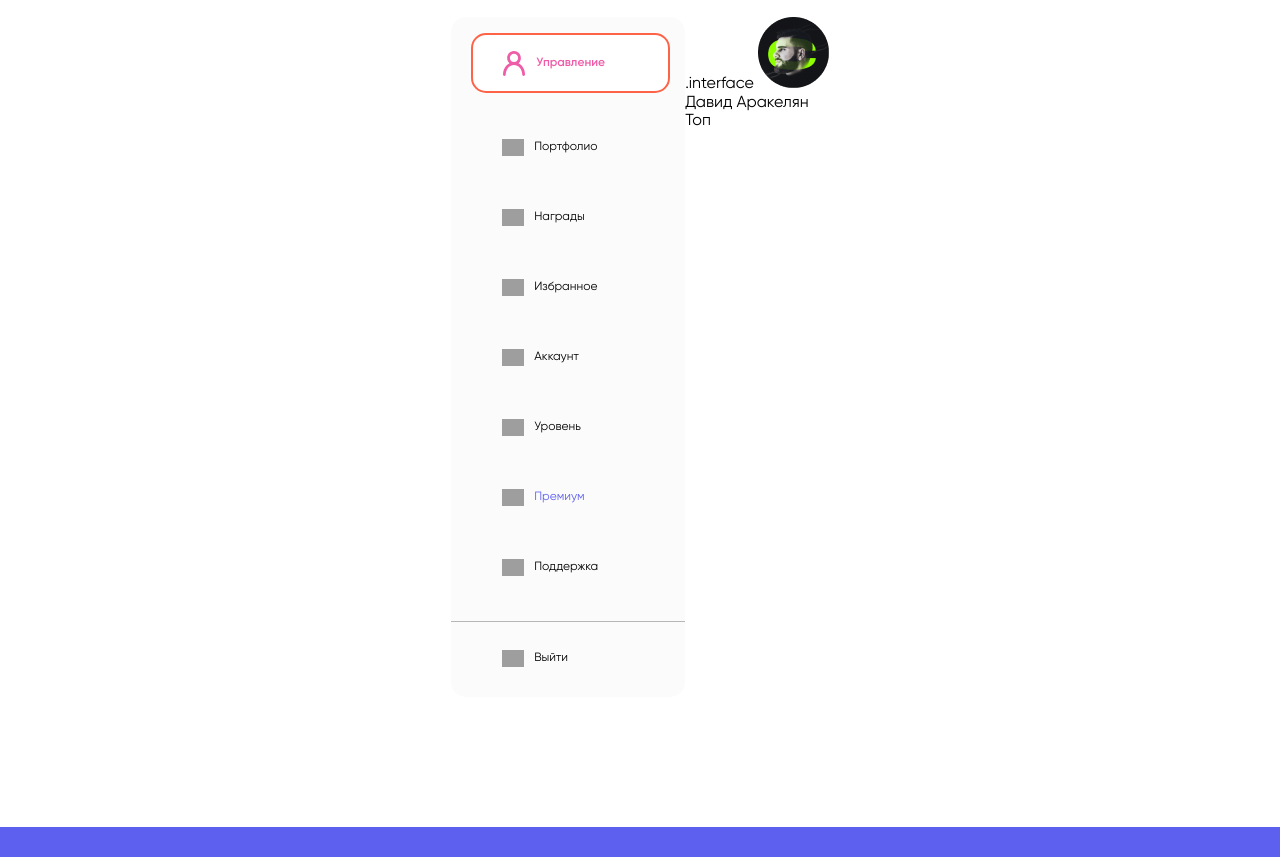
Repository: alexboagreek/selfmade
Page: index.html
The author's editor kept a copy of each file at every save. The page is drawn from the files as they stood at one save, then again after a run of saves.
The browser window is 1280 px wide. The pictures show the part of the page from y = 353 to 1210 px (the page is 1719 px tall).
Pictures or frames that could not be fetched are drawn as grey boxes. A picture or video elsewhere on the page could not be fetched, so the positions and the page height are approximate.

Above is the page before, as saved 2022-12-13 12:13:34.

### index.html
<!DOCTYPE html>
<html lang="ru">
<head>
    <meta charset="UTF-8">
    <meta http-equiv="X-UA-Compatible" content="IE=edge">
    <meta name="viewport" content="width=device-width, initial-scale=1.0">
    <link rel="stylesheet" href="css/style.css">
    <link rel="icon" type="image/png" sizes="64x64" href="assets/icons/favicon.png">
    <link rel="icon" type="image/png" sizes="48x48" href="assets/icons/favicon_48.png">
    <title>Selfmade</title>
</head>
<body>
    <header class="header">
        <div class="header__container">
            <h1 class="visually-hidden">Selfmade...</h1>
            <div class="header__box">
                <div class="header__logo">
                    <a href="/"><img src="./assets/icons/header_logo.svg" alt="Логотип Selfmade"></a>
                </div>
                <div class="header__login">
                    <div class="header__alarm">
                        <img class="header__alarm_icon" src="assets/icons/bell.svg" alt="authorization bell">
                    </div>
                    <p class="user__name">Аракелян Д.</p>
                    <div class="user__login">
                        <img src="assets/icons/user_icon.svg" alt="user icon">
                    </div>
                </div>

            </div>

        </div>
    </header>

    <main class="main main__container">
        <div class="sidebar">
            <ul class="menu__list">
                <li class="menu__list_item menu__list_item_fix">
                    <button class="menu__list_button menu__button_control control__text">Управление</button>
                </li>
                <li class="menu__list_item list_item_fix">
                    <button class="menu__list_button menu__button_portfolio">Портфолио</button>
                </li>
                <li class="menu__list_item list_item_fix">
                    <button class="menu__list_button menu__button_star">Награды</button>
                </li>
                <li class="menu__list_item list_item_fix">
                    <button class="menu__list_button menu__button_like">Избранное</button>
                </li>
                <li class="menu__list_item list_item_fix">
                    <button class="menu__list_button menu__button_settings">Аккаунт</button>
                </li>
                <li class="menu__list_item list_item_fix">
                    <button class="menu__list_button menu__button_level">Уровень</button>
                </li>
                <li class="menu__list_item list_item_fix">
                    <button class="menu__list_button menu__button_premium menu__button_active">Премиум</button>
                </li>
                <li class="menu__list_item item__border list_item_fix">
                    <button class="menu__list_button menu__button_helper">Поддержка</button>
                </li>
                <li class="menu__list_item list_item_fix menu__line">
                    <button class="menu__list_button menu__button_exit">Выйти</button>
                </li>
            </ul>
        </div>
        <div class="content">
            <section class="interface">
                <div class="interface__box">

                    .interface
                    <img src="assets/img/interface.png" alt="Логотип интерфейса юзера | user interface logo" class="interface__img">
                    <p class="interface__text">Давид Аракелян</p>
                    <div class="interface__rating">Топ</div>
                </div>
            </section>
        </div>
    </main>

  <footer class="footer">
    <div class="footer__container">
        <div class="footer__box">
            <img src="./assets/icons/footer_logo.svg" alt="Логотип Selfmade">
            <div class="footer__social">
                <ul class="footer__social_list">
                    <li class="footer__social_list_item">
                        <svg width="15" height="14" viewbox="0 0 15 14" fill="none" xmlns="http://www.w3.org/2000/svg">
                            <path d="M0.911243 6.87875L4.18677 8.10128L5.45459 12.1786C5.53572 12.4397 5.85504 12.5363 6.067 12.363L7.89283 10.8745C8.08421 10.7186 8.35682 10.7108 8.55683 10.856L11.85 13.2469C12.0767 13.4117 12.3979 13.2875 12.4548 13.0135L14.8672 1.40935C14.9293 1.11007 14.6352 0.860402 14.3502 0.970619L0.907405 6.15646C0.575664 6.2844 0.578554 6.75408 0.911243 6.87875ZM5.25027 7.4505L11.6519 3.50775C11.7669 3.43709 11.8853 3.59266 11.7865 3.6843L6.50332 8.59526C6.31761 8.76813 6.19783 8.99946 6.1639 9.25055L5.98393 10.5842C5.9601 10.7623 5.70995 10.78 5.66081 10.6077L4.96866 8.17563C4.88939 7.89823 5.00491 7.60194 5.25027 7.4505Z" fill="#5D5FEF"/>
                        </svg>
                    </li>
                    <li class="footer__social_list_item">
                        <svg width="15" height="15" viewbox="0 0 15 15" fill="none" xmlns="http://www.w3.org/2000/svg">
                            <path fill-rule="evenodd" clip-rule="evenodd" d="M4.90509 0.6828C2.54568 0.6828 0.632996 2.59548 0.632996 4.9549V10.295C0.632996 12.6544 2.54568 14.5671 4.90509 14.5671H10.2452C12.6046 14.5671 14.5173 12.6544 14.5173 10.295V4.9549C14.5173 2.59548 12.6046 0.6828 10.2452 0.6828H4.90509ZM7.57515 3.88687C5.51067 3.88687 3.83707 5.56047 3.83707 7.62496C3.83707 9.68944 5.51067 11.363 7.57515 11.363C9.63964 11.363 11.3132 9.68944 11.3132 7.62496C11.3132 5.56047 9.63964 3.88687 7.57515 3.88687ZM11.5421 4.64975C12.0898 4.64975 12.5338 4.20573 12.5338 3.65801C12.5338 3.11029 12.0898 2.66627 11.5421 2.66627C10.9944 2.66627 10.5504 3.11029 10.5504 3.65801C10.5504 4.20573 10.9944 4.64975 11.5421 4.64975Z" fill="#5D5FEF"/>
                        </svg>
                    </li>
                    <li class="footer__social_list_item">
                        <svg width="16" height="9" viewbox="0 0 16 9" fill="none" xmlns="http://www.w3.org/2000/svg">
                            <path d="M12.9479 4.91454C12.7006 4.61918 12.7714 4.48778 12.9479 4.22376C12.9511 4.22075 14.9925 1.55289 15.2028 0.648132L15.2041 0.647529C15.3086 0.317814 15.2041 0.0755005 14.6987 0.0755005H13.0263C12.6006 0.0755005 12.4043 0.283456 12.2991 0.516125C12.2991 0.516125 11.4477 2.44378 10.2431 3.69332C9.85434 4.05438 9.67462 4.17012 9.46239 4.17012C9.35787 4.17012 9.19535 4.05438 9.19535 3.72467V0.647529C9.19535 0.252112 9.07617 0.0755005 8.72373 0.0755005H6.09412C5.82709 0.0755005 5.66839 0.259948 5.66839 0.431737C5.66839 0.80666 6.27066 0.892856 6.33312 1.9477V4.23642C6.33312 4.73792 6.23689 4.83015 6.02338 4.83015C5.45489 4.83015 4.07508 2.89465 3.25739 0.679476C3.09232 0.249701 2.93108 0.0761032 2.50216 0.0761032H0.829178C0.351821 0.0761032 0.255585 0.284059 0.255585 0.516728C0.255585 0.927817 0.824079 2.97181 2.89921 5.67222C4.28221 7.51549 6.22988 8.51428 8.00164 8.51428C9.06661 8.51428 9.19663 8.29246 9.19663 7.91091C9.19663 6.14961 9.10039 5.98325 9.63383 5.98325C9.88111 5.98325 10.3068 6.09898 11.3011 6.98806C12.4374 8.04231 12.6242 8.51428 13.2602 8.51428H14.9326C15.4093 8.51428 15.6508 8.29246 15.5119 7.85485C15.1939 6.93442 13.0448 5.04112 12.9479 4.91454V4.91454Z" fill="#5D5FEF"/>
                        </svg>
                    </li>
                    <li class="footer__social_list_item">
                        <svg width="7" height="14" viewbox="0 0 7 14" fill="none" xmlns="http://www.w3.org/2000/svg">
                            <path d="M5.1126 2.93661H6.8285V0.446777H4.81141V0.455757C2.36736 0.540786 1.86645 1.89031 1.8223 3.30771H1.81727V4.55101H0.153015V6.9893H1.81727V13.5253H4.3254V6.9893H6.37996L6.77685 4.55101H4.32622V3.79984C4.32622 3.32082 4.65072 2.93661 5.1126 2.93661Z" fill="#5D5FEF"/>
                        </svg>
                    </li>
                </ul>
            </div>
        </div>
        <div class="footer__services">
            <ul class="services__list">
                <li class="services__list_item">Как работает сервис?</li>
                <li class="services__list_item">Советы от SELFMADE</li>
                <li class="services__list_item">Пользовательское соглашение</li>
                <li class="services__list_item">Почему SELFMADE</li>
                <li class="services__list_item">Помощь и поддержка</li>
            </ul>
        </div>
    </div>
    <div class="footer__copyright">
        <ul class="footer__copyright_list">
            <li class="footer__copyright_list_item footer__copy_text">© SELFMADE.TEAM 2022</li>
            <li class="footer__copyright_list_item footer__copy_text-info">ИНН 431207720494 / ОГРНИП 320508100324371</li>
            <li class="footer__copyright_list_item">
                <a class="footer__copyright_link" href="#">Политика конфиденциальности</a>
            </li>
        </ul>
    </div>

  </footer>
</body>
</html>

### css/style.css
@import 'normalize.css';
@import 'fonts.css';
@import 'default.css';
@import 'header.css';
@import 'sidebar.css';
@import 'interface.css';
@import 'footer.css';

### css/fonts.css
@font-face {
    font-family: Gilroy;
    src: url(../assets/fonts/Gilroy-Regular.woff2) format('woff2'),
    url(../assets/fonts/Gilroy-Regular.woff) format('woff');
    font-weight: 400;
}

@font-face {
    font-family: Gilroy;
    src: url(../assets/fonts/Gilroy-Semibold.woff2) format('woff2'),
    url(../assets/fonts/Gilroy-Semibold.woff) format('woff');
    font-weight: 500;
}

@font-face {
    font-family: Gilroy;
    src: url(../assets/fonts/Gilroy-Bold.woff2) format('woff2'),
    url(../assets/fonts/Gilroy-Bold.woff) format('woff');
    font-weight: 600;
}

### css/default.css
:root {
    --color-control-text:#EF5DA8;
    --color-menu: #F0F0F0;
    --color-menu-active: #5D5FEF;
    --color-alarm: #EF5DA8;
    --color-main: #FBFBFB;
    --footer-color-main: #5D5FEF;
    --footer-color-copyright: #5556D3;
    --footer-social-color: #FFFFFF;
    --footer-copyright-link: #B6B6B6;
}

html {
  overflow-x: hidden;
  position: relative;
  box-sizing: border-box;
}

*,
*::before,
*::after {
  box-sizing: inherit;
}

body {
  display: flex;
  flex-direction: column;
  min-width: 320px;
  height: 100%;
  font-family: Gilroy, sans-serif;
  background-color: #FFFFFF;
  font-size: 16px;
  overflow-x: hidden;
  position: relative;
}

img,
svg {
  max-width: 100%;
  max-height: 100%;
  height: auto;
}

button {
  padding: 0;
  cursor: pointer;
  border: none;
  background-color: transparent;
}

a {
  text-decoration: none;
  color: inherit;
}

ul {
  list-style: none;
  padding: 0;
  margin: 0;
}

h1,
h2,
h3,
p,
figure,
fieldset {
  margin: 0;
}

iframe {
  border: none;
}

fieldset {
  padding: 0;
  border: 0;
}

.visually-hidden {
  position: fixed;
  transform: scale(0);
}

.container {
    max-width: 1400px;
    padding: 0 100px;
    margin: 0 auto;
}

### css/header.css
.header {
    padding-top: 28px;
    padding-bottom: 37px;
    flex: 0 0 auto;
    background-color: #FFFFFF;
}

.header__box {
    display: flex;
    justify-content: space-between;
    align-items: center;
}

.header__container {
    max-width: 1500px;
    margin: 0 auto;
    padding: 0 100px;
}

.header__alarm {
    position: relative;
    margin-right: 11px;
}

.header__alarm::after {
    position: absolute;
    top: 0;
    content: '';
    width: 5px;
    height: 5px;
    background-color: var(--color-alarm);
    border-radius: 50%;
}
.user__name {
    margin-right: 6px;
}

.header__login {
    display: flex;
    align-items: center;
}

.user__login {
    cursor: pointer;
}

.services__list_item {
    cursor: pointer;
}

### css/sidebar.css
.main {
    display: flex;
}

.main__container {
    max-width: 1200px;
    margin: 0 auto;
}

.sidebar {
    display: flex;
    justify-content: center;
    width: 234px;
    border-radius: 15px;
    background-color: var(--color-main);
    margin-bottom: 130px;
}

.menu__list_button {
    font-size: 12px;
    line-height: 16px;
    padding: 7px 8px 7px 40px;
    background-size: 22px;
    background-position: 8px center;
    background-repeat: no-repeat;
    border-radius: 50px;
    border: 1px solid transparent;
    white-space: nowrap;
    outline: none;
    margin-bottom: 38px;
}

.menu__list_item_fix {
    display: flex;
    padding-left: 20px;
    align-items: flex-start;
}

.menu__button_active {
    color: var(--color-menu-active);
}

.menu__button_control {
    width: 199px;
    margin-top: 16px;
    border-radius: 15px;
    border: 2px solid tomato;
    padding: 20px;
    background-color: #FFFFFF;
    background-image: url('../assets/icons/user__icon.svg');
    background-position: calc(30px);
}

.control__text {
    font-weight: 500;
    color: var(--color-control-text);
}

.menu__button_portfolio {
    background-image: url('../assets/icons/portfolio_icon.svg');
}
.menu__button_star {
    background-image: url('../assets/icons/star_icon.svg');
}

.menu__button_like {
    background-image: url('../assets/icons/like_icon.svg');
}
.menu__button_settings {
    background-image: url('../assets/icons/settings_icon.svg');
}
.menu__button_level {
    background-image: url('../assets/icons/level_icon.svg');
}
.menu__button_premium {
    background-image: url('../assets/icons/premium_icon.svg');
}

.menu__button_helper {
    background-image: url('../assets/icons/helper_icon.svg');
}

.menu__line {
    width: 234px;
    border-top: 1px solid var(--footer-copyright-link);
}
.menu__button_exit {
    background-image: url('../assets/icons/exit_icon.svg');
    margin-top: 20px;
    margin-bottom: 23px;
}

.list_item_fix {
    padding-left: 42px;
}

### css/footer.css
.footer {
    flex: 0 0 auto;
}

.footer__container {
    padding: 50px 140px 0px 140px;
    background-color: var(--footer-color-main);
}

.footer__box {
    display: flex;
    justify-content: space-between;
    background-color: var(--footer-color-main);
    margin-bottom: 50px;
}

.footer__social_list_item {
    display: flex;
    align-items: center;
    justify-content: center;
    width: 29px;
    height: 29px;
    background-color: var(--footer-social-color);
    border-radius: 50%;
    margin-right: 19px;
    cursor: pointer;
}

.footer__social_list_item:last-child {
    margin-right: 0;
}

.footer__social_list {
    display: flex;
}

.footer__services {
    padding-bottom: 41px;
}

.services__list {
    display: flex;
    justify-content: space-between;
}
.services__list_item {
    font-size: 16px;
    font-weight: 500;
    color: var(--footer-social-color);
}

.footer__copyright {
    padding: 30px 140px;
    border-top: 1px solid #FFFFFF;
    background-color: var(--footer-color-copyright);
}

.footer__copyright_list {
    display: flex;
    justify-content: space-between;
}

.footer__copy_text {
    font-weight: 500;
    line-height: 16px;
    color: var(--footer-social-color);
}

.footer__copy_text-info {
    font-weight: 400;
    color: var(--footer-social-color);
}
.footer__copyright_link {
    color: var(--footer-copyright-link);
}

Loaded but not shown: css/normalize.css (library); css/interface.css (no stored copy; drawn as an empty file)

After the next 5 saves:
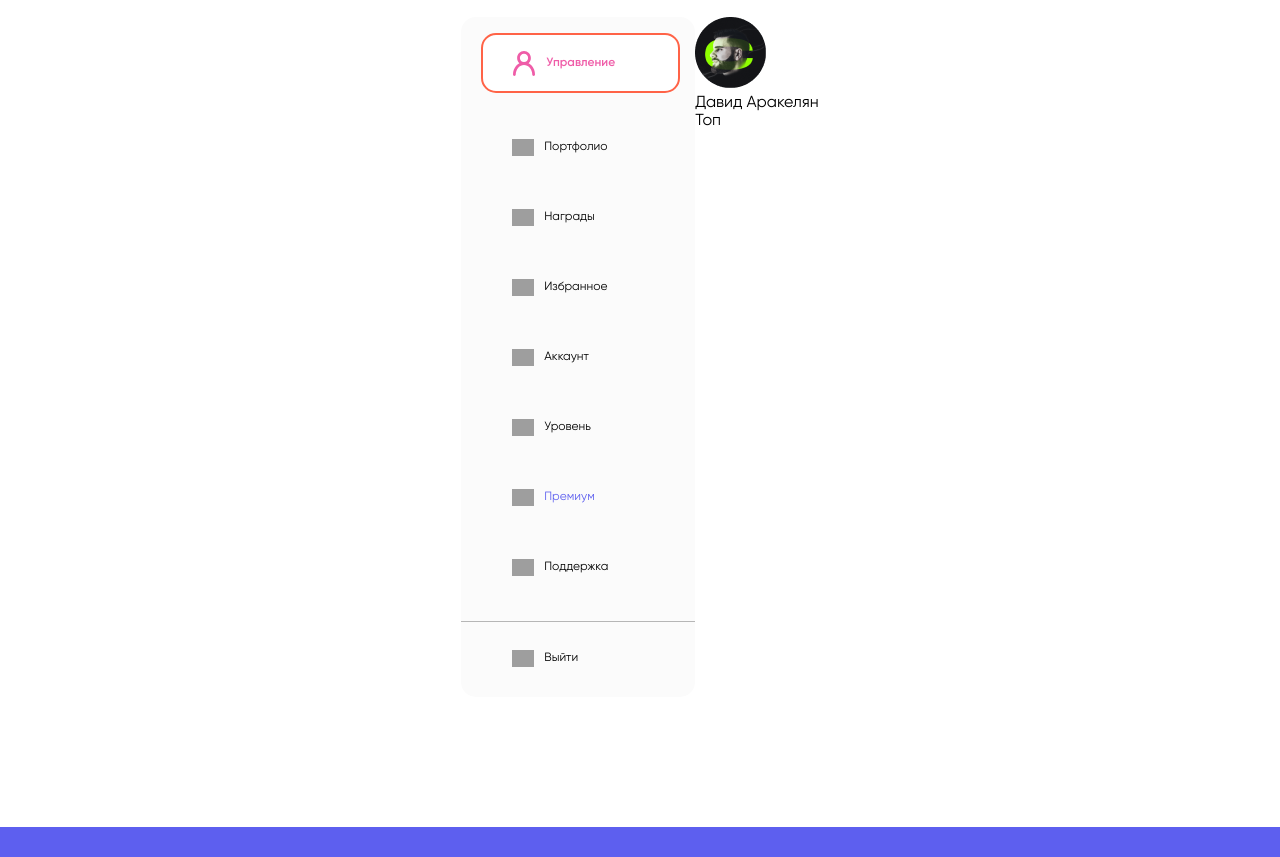
The 5 saves are shown as one change because they came seconds apart.
The last was saved 19 s later.
--- a/index.html
+++ b/index.html
@@ -67,11 +67,11 @@
         <div class="content">
             <section class="interface">
                 <div class="interface__box">
-
-                    .interface
-                    <img src="assets/img/interface.png" alt="Логотип интерфейса юзера | user interface logo" class="interface__img">
-                    <p class="interface__text">Давид Аракелян</p>
-                    <div class="interface__rating">Топ</div>
+                    <div class="interface__box_header">
+                        <img src="assets/img/interface.png" alt="Логотип интерфейса юзера | user interface logo" class="interface__img">
+                        <p class="interface__text">Давид Аракелян</p>
+                        <div class="interface__rating">Топ</div>
+                    </div>
                 </div>
             </section>
         </div>
